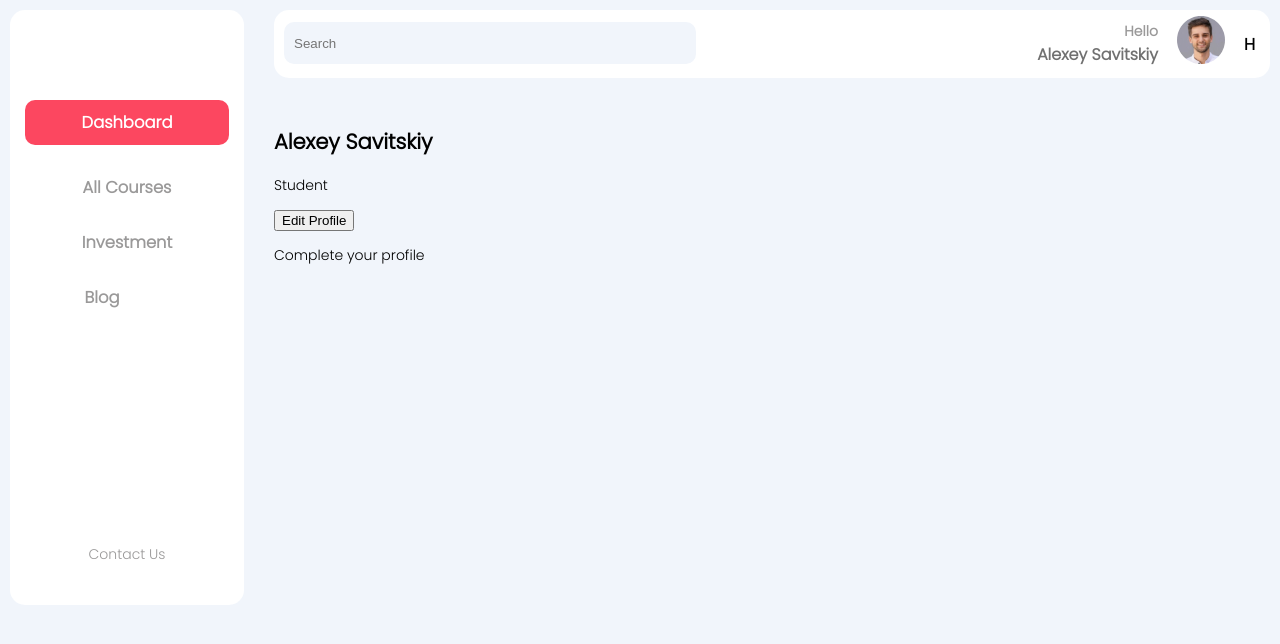
Repository: Anuruddha00/dashboard-design
Page: /
These files come from the project's save history. The page is drawn as it stood at one moment and after the next save; the edit follows.
The browser window is 1280 px wide. The pictures show the whole page.
The project was rebuilt for these pictures with package versions that can differ from the ones it lists, and the page was loaded fresh each time.

Above is the page before, as saved 2021-05-07 12:32:52.

### public/index.html
<!DOCTYPE html>
<html lang="en">
  <head>
    <meta charset="utf-8" />
    <link rel="icon" href="%PUBLIC_URL%/favicon.ico" />
    <meta name="viewport" content="width=device-width, initial-scale=1" />
    <meta name="theme-color" content="#000000" />
    <meta
      name="description"
      content="Web site created using create-react-app"
    />
    <link rel="apple-touch-icon" href="%PUBLIC_URL%/logo192.png" />

    <link rel="preconnect" href="https://fonts.gstatic.com">
    <link href="https://fonts.googleapis.com/css2?family=Poppins:wght@300&display=swap" rel="stylesheet">

    <!--
      manifest.json provides metadata used when your web app is installed on a
      user's mobile device or desktop. See https://developers.google.com/web/fundamentals/web-app-manifest/
    -->
    <link rel="manifest" href="%PUBLIC_URL%/manifest.json" />
    <!--
      Notice the use of %PUBLIC_URL% in the tags above.
      It will be replaced with the URL of the `public` folder during the build.
      Only files inside the `public` folder can be referenced from the HTML.

      Unlike "/favicon.ico" or "favicon.ico", "%PUBLIC_URL%/favicon.ico" will
      work correctly both with client-side routing and a non-root public URL.
      Learn how to configure a non-root public URL by running `npm run build`.
    -->
    <title>React App</title>
  </head>
  <body>
    <noscript>You need to enable JavaScript to run this app.</noscript>
    <div id="root"></div>
    <!--
      This HTML file is a template.
      If you open it directly in the browser, you will see an empty page.

      You can add webfonts, meta tags, or analytics to this file.
      The build step will place the bundled scripts into the <body> tag.

      To begin the development, run `npm start` or `yarn start`.
      To create a production bundle, use `npm run build` or `yarn build`.
    -->
  </body>
</html>

### src/index.js
import React from 'react';
import ReactDOM from 'react-dom';
import Dashboard from './containers/Dashboard/Dashboard';
import reportWebVitals from './reportWebVitals';

ReactDOM.render(
  <React.StrictMode>
    <Dashboard />
  </React.StrictMode>,
  document.getElementById('root')
);

// If you want to start measuring performance in your app, pass a function
// to log results (for example: reportWebVitals(console.log))
// or send to an analytics endpoint. Learn more: https://bit.ly/CRA-vitals
reportWebVitals();

### src/containers/Dashboard/Dashboard.js
import React from 'react';
import './Dashboard.scss';

const dashboard = () =>{

    return(
        <div className='container'>
            <div className='dashboard'>
                <div className='dashboardSideBar'>
                   <div className='dashboardSideBarTitle'>
                        <h3 className='dashboardSideBarTitleDashboard'>Dashboard</h3>
                        <h3 className='dashboardSideBarTitleCourses'>All Courses</h3>
                        <h3 className='dashboardSideBarTitleInvestment'>Investment</h3>
                        <h3 className='dashboardSideBarTitleBlog'>Blog</h3>
                   </div>
                   <div className='dashboardSideBarContact'>
                        <p>Contact Us</p>
                   </div>
                </div>
                <div className='dashboardMenu'>
                    <section className='content'>
                        <nav className='contentNavbar'>
                            <div className='contentNavbarSearch'>
                                <form>
                                    <input type='text' placeholder='Search'/>
                                </form>
                            </div>
                            <div className='contentNavbarProfile'>
                                <div className='contentNavbarProfileName'>
                                    <h3>Hello</h3>
                                    <h2>Alexey Savitskiy</h2>
                                </div>
                                <img src='./assets/Image 9.png'/>
                                <h1>H</h1>
                            </div>
                        </nav>
                        <div className='contentBody'>
                            <section className='about'>
                                <div>
                                    <div>
                                        <img/>
                                        <h2>Alexey Savitskiy</h2>
                                        <p>Student</p>
                                        <button>Edit Profile</button>
                                    </div>
                                    <div>
                                        <p>Complete your profile</p>

                                    </div>
                                    <div>
                                        <p></p>
                                    </div>
                                </div>
                            </section>
                        </div>
                   </section>
                </div>
            </div>
        </div>
    )

}
export default dashboard;

### src/containers/Dashboard/Dashboard.scss

body{
    margin: 0;
    padding: 0;
    font-size: 0.875rem;
    font-family: 'Poppins', sans-serif;

}

.container{
    background: #f1f5fb;
    height: 100vh;

    .dashboard{
        display: grid;
        grid-template-columns: 1fr 4fr;
        gap:10px;
        grid-auto-rows: minmax(100px, auto);

        &SideBar{
            grid-column: 1;
            grid-row: 1 / 6;
            border-radius: 15px;
            background: #ffffff;
            margin: 10px;

            &Title{
                margin-top: 90px;
                font-size: 14px;

                &Dashboard{
                    background:#fc4760;
                    border-radius: 10px;
                    text-align: center;
                    padding: 10px 10px 10px 10px;
                    margin: 10px 15px 10px 15px;
                    color: #ffffff;

                }
                &Courses{
                    text-align: center;
                    margin-top: 30px;
                    color: #9a9999;
                }
                &Investment{
                    text-align: center;
                    margin-top: 30px;
                    color: #9a9999;
                }
                &Blog{
                    text-align: center;
                    margin-top: 30px;
                    margin-right: 50px;
                    color: #9a9999;
                }
            }
            &Contact{
                margin-top: 100%;

                p{
                    text-align: center;
                    color: #9a9999;
                    margin-bottom: 40px;
                }

            }
        }
        &Menu{
            // border: 1px solid red;
            grid-column: 2;
            grid-row: 1 / 6;
            margin: 10px;

            .content{
                display: grid;
                grid-template-rows:1fr 3fr ;
                gap:10px;

                &Navbar{
                    display: grid;
                    grid-template-columns: 1fr 1fr;
                    background: #ffffff;
                    border-radius: 15px;

                    &Search{

                        input{
                            background: #f1f5fb;
                            border-style: none;
                            padding-left: 10px;
                            width: 400px;
                            height: 40px;
                            margin: 12px 0 0 10px;
                            border-radius: 10px;

                        }
                    }
                    &Profile{
                        display: flex;
                        flex-direction: row;
                        justify-content: flex-end;
                        gap: 1em;
                        margin-right: 15px;
                        align-items: center;
                        height: 68px;

                        &Name{
                            text-align: end;
                            margin-top: 0;

                            h3{
                                color: #9a9999;
                                margin: 0;
                                font-size: 14px;
                            }
                            h2{
                                margin: 0;
                                font-size: 16px;
                                color: #707070;
                            }
                        }
                    }
                }
            }
        }
    }
}

Loaded but not shown: src/reportWebVitals.js (common file)

After the next save:
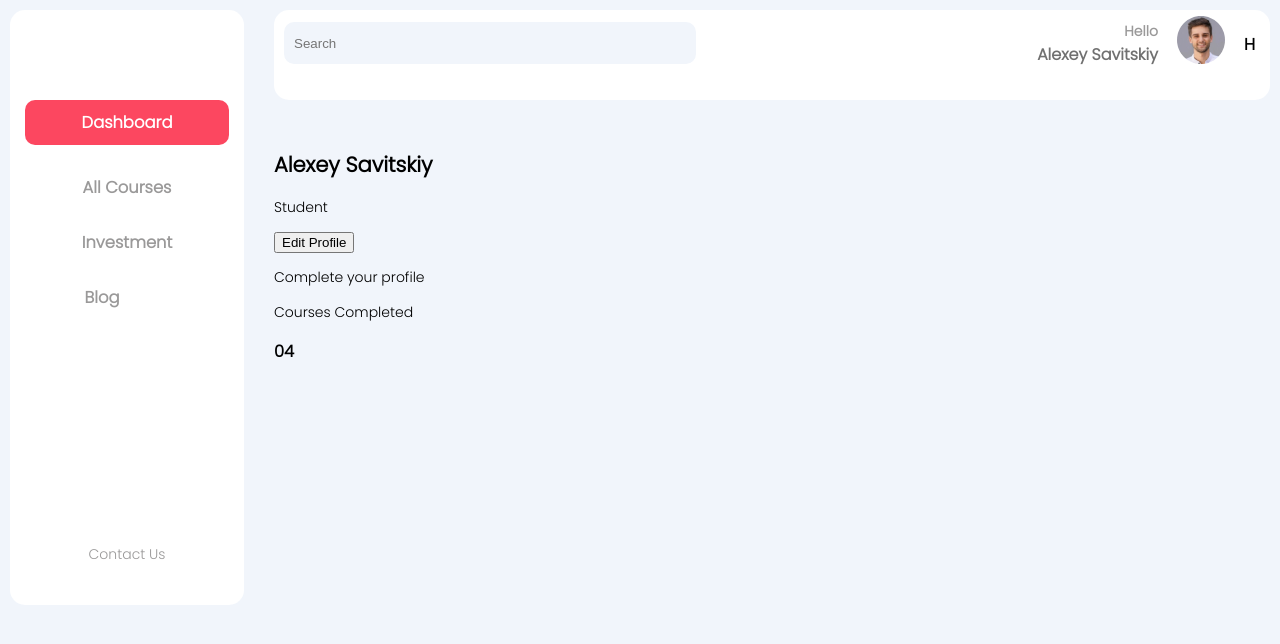
Saved 26 s later.
--- a/src/containers/Dashboard/Dashboard.js
+++ b/src/containers/Dashboard/Dashboard.js
@@ -48,7 +48,8 @@ const dashboard = () =>{
 
                                     </div>
                                     <div>
-                                        <p></p>
+                                        <p>Courses Completed</p>
+                                        <h1>04</h1>
                                     </div>
                                 </div>
                             </section>
